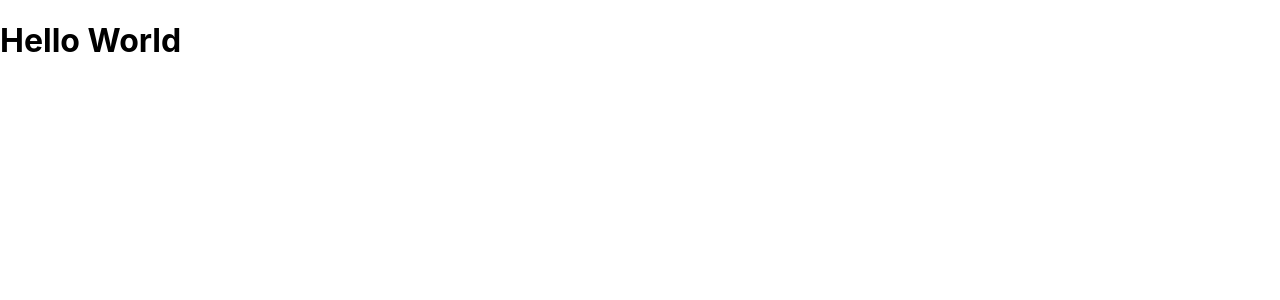
Repository: Aakash20bhatt/LearnReact
Page: / (app in machine-coding/)
The author's editor kept a copy of each file at every save. The page is drawn from the files as they stood at one save, then again after a run of saves.
The browser window is 1280 px wide. The pictures show the whole page.
The project was rebuilt for these pictures with package versions that can differ from the ones it lists, and the page was loaded fresh each time. Also part of the build but not shown: machine-coding/src/App.css.

Above is the page before, as saved 2024-09-22 18:44:31.

### machine-coding/src/index.js
import React from 'react';
import ReactDOM from 'react-dom/client';
import './index.css';
// import App from './App';
import StopWatchApp from './StopWatchApp';
import reportWebVitals from './reportWebVitals';

const root = ReactDOM.createRoot(document.getElementById('root'));
root.render(
  <>
    <StopWatchApp/>
    {/* <App /> */}
  </>

);

// If you want to start measuring performance in your app, pass a function
// to log results (for example: reportWebVitals(console.log))
// or send to an analytics endpoint. Learn more: https://bit.ly/CRA-vitals
reportWebVitals();

### machine-coding/src/StopWatchApp.js
import './App.css'
import StopWatch from './components/StopWatch'

function StopWatchApp(){
    return(
        <StopWatch/>
    )
}

export default StopWatchApp

### machine-coding/src/components/StopWatch.jsx
export default function StopWatch(){
    return(
        <>
            <h1>Hello World</h1>
        </>
    )
}

Loaded but not shown: machine-coding/public/index.html (common file); machine-coding/src/index.css (common file); machine-coding/src/reportWebVitals.js (common file)

After the next 2 saves:
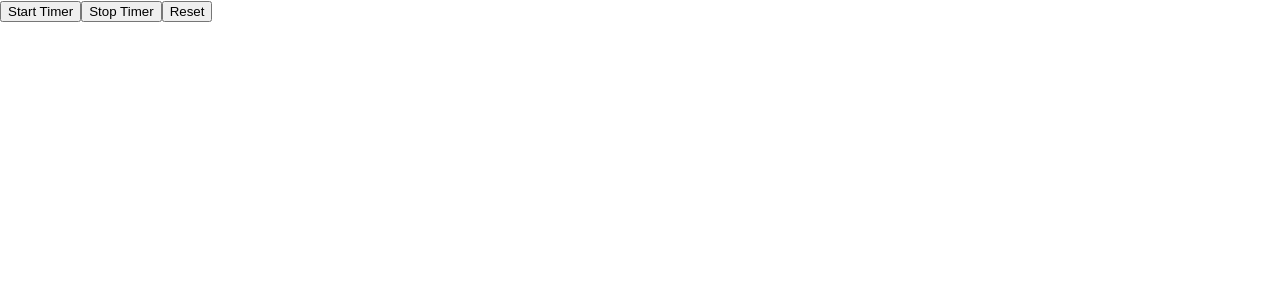
The 2 saves are shown as one change because 1 did not build or start.
The last was saved 114 min 55 s later.
--- a/machine-coding/src/components/StopWatch.jsx
+++ b/machine-coding/src/components/StopWatch.jsx
@@ -1,7 +1,18 @@
+import { useState } from "react";
+
 export default function StopWatch(){
+    const [time,setTime] = useState(0) // time represents time in seconds
+    const formatTime = (time)=>{
+        const getSeconds = `0${time%60}`.slice(-2);
+        const getMinutes = `0${(Math.floor(time/60)%60)}`.slice(-2);
+        const getHours = `0${(Math.floor(time/3600))%60}`.slice(-2);
+        return `${getHours}:${getMinutes}:${getSeconds}`
+    }
     return(
         <>
-            <h1>Hello World</h1>
+            <button>Start Timer</button>
+            <button>Stop Timer</button>
+            <button>Reset</button>
         </>
     )
 }
